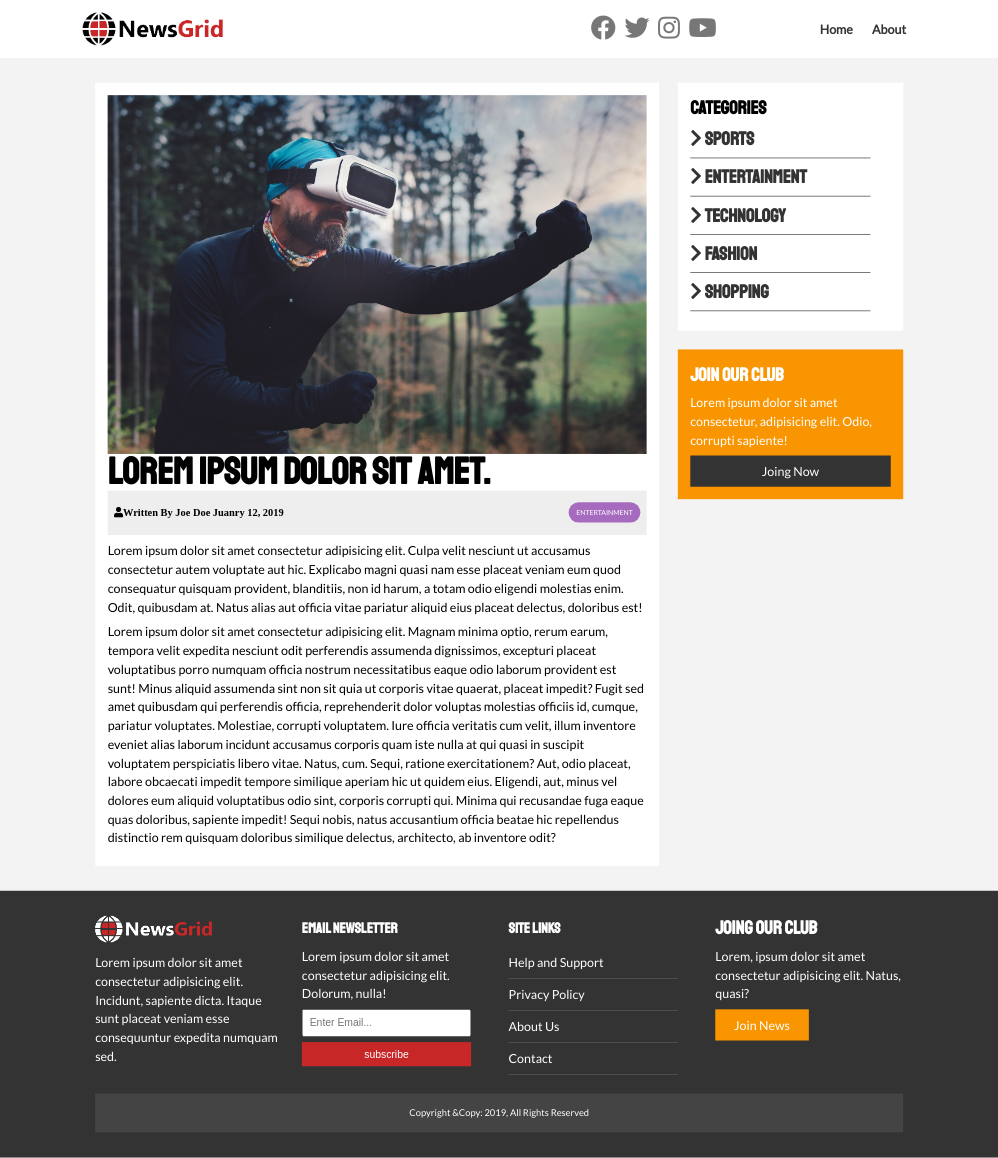
Repository: EswinGiova/NewsGrid
Page: article.html
An editor plug-in stored every save of this project. The page is shown before and after the next save, followed by the edit.
The browser window is 1280 px wide. The pictures show the whole page, at 78% of full size.
Some web libraries are served in a nearby version.

Above is the page before, as saved 2020-09-21 17:50:14.

After the next save:
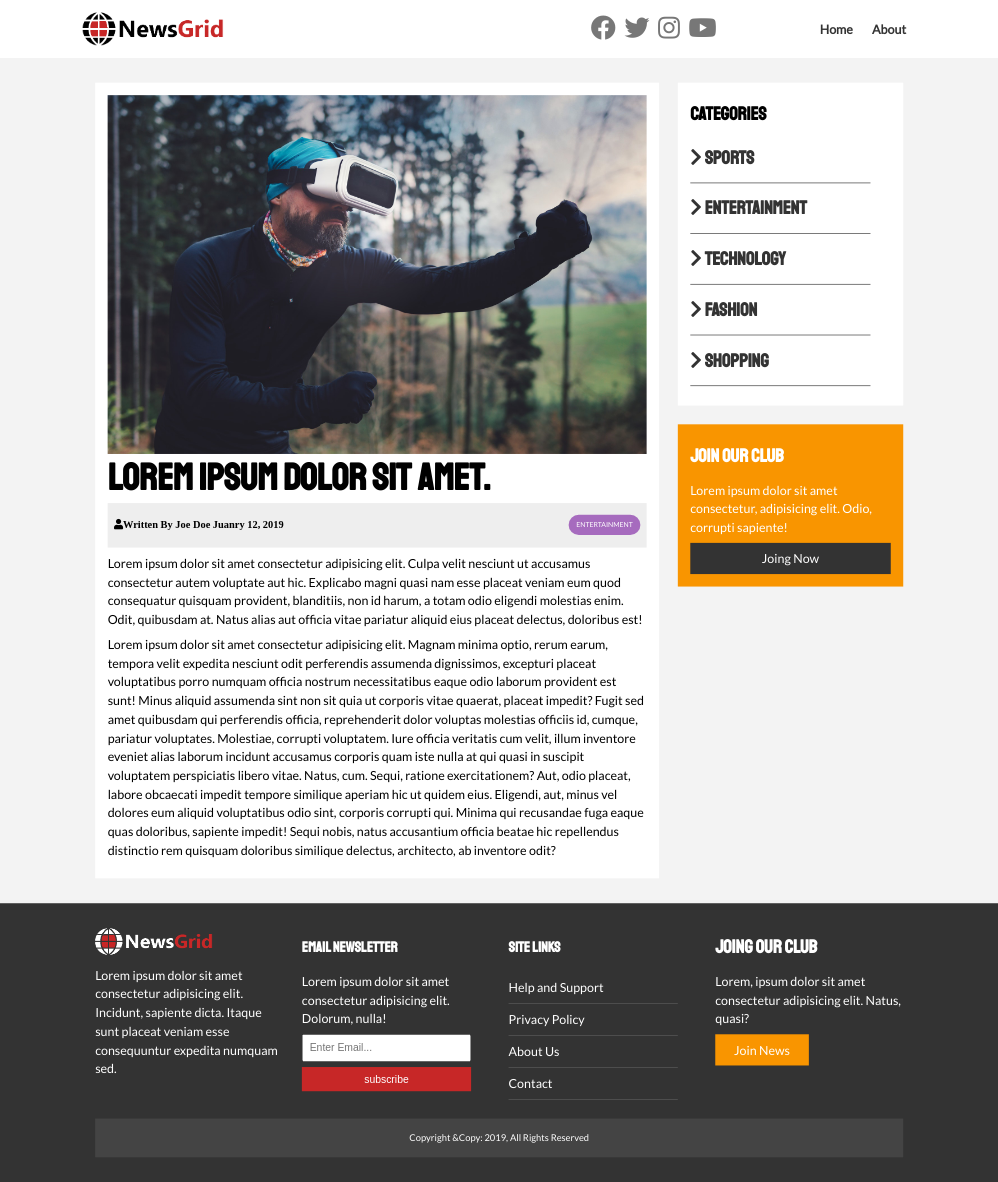
Saved 5 s later.
--- a/css/style.css
+++ b/css/style.css
@@ -46,7 +46,7 @@ h5,
 h6 {
   font-family: 'Staatliches', cursive;
   margin-bottom: 0.55rem;
-  line-height: 2rem;
+  line-height: 3rem;
 }
 
 /*  utility class */
